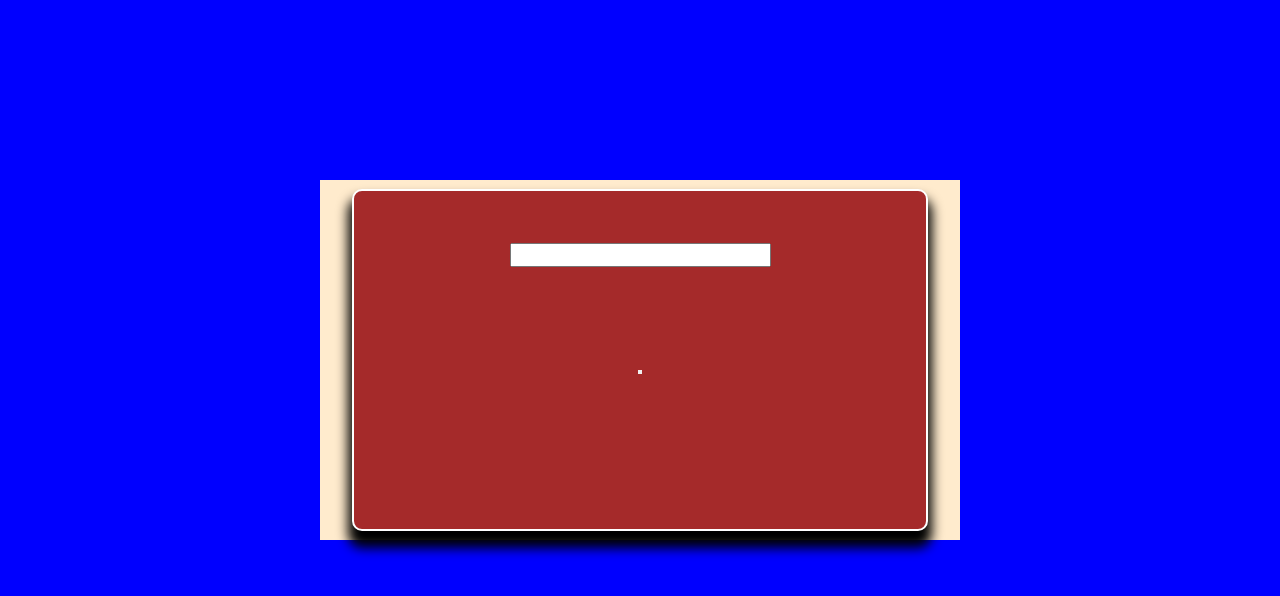
Repository: NarekTovmasyan/promise
Page: inex.html
The author's editor kept a copy of each file at every save. The page is drawn from the files as they stood at one save, then again after the next save.
The browser window is 1280 px wide. The pictures show the whole page.

Above is the page before, as saved 2022-02-21 20:18:21.

### inex.html
<!DOCTYPE html>
<html lang="en">

<head>
    <meta charset="UTF-8">
    <meta http-equiv="X-UA-Compatible" content="IE=edge">
    <meta name="viewport" content="width=device-width, initial-scale=1.0">
    <title>Document</title>
    <link rel="stylesheet" href="./style.css">
</head>

<body>
    <div class="body">
        <div class="conteiner">
            <div class="main">
                <input type="number">
                <button></button>
                <div></div>
            </div>
        </div>
    </div>
    <script src="./script.js"></script>
</body>

</html>

### style.css
@import url('https://fonts.googleapis.com/css2?family=Poppins:wght@200;300;400;500;600;700&display=swap');
* {
    margin: 0;
    padding: 0;
    box-sizing: border-box;
    font-family: 'Poppins', sans-serif;
}

.body {
    background-color: blue;
    position: absolute;
    width: 100%;
    height: 100%;
    display: flex;
    align-items: center;
    justify-content: center;
}

.conteiner {
    background-color: blanchedalmond;
    position: relative;
    width: 50%;
    height: 50%;
    display: flex;
    align-items: center;
    justify-content: center;
}

.main {
    background-color: brown;
    position: relative;
    width: 90%;
    height: 95%;
    display: flex;
    align-items: center;
    justify-content: center;
    flex-direction: column;
    border: 2px solid white;
    border-radius: 10px;
    box-shadow: 0px 13px 12px 4px;
    display: flex;
    flex-direction: column;
    justify-content: space-around;
}

### script.js
// const myBirthday = (isSick) => {
//     return new Promise(function (resolve, reject) {
//       if (!isSick) {
//         setTimeout(() => resolve(2), 2000);
//       } else {
//         reject("I dont have cake :разочарование_облегчение:");
//       }
//     });
//   };
//   const handleCake = async () => {
//     try {
//       let result = await myBirthday(true); // result = 2
//       console.log(`I have ${result} cakes :день_рождения:`);
//     } catch (err) {
//       console.log(err);
//     } finally {
//       console.log("Party");
//     }
//   };
//   handleCake();



// myBirthday(true)
//   .then((result) => console.log(`I have ${result} cakes :день_рождения:`))
//   .catch((err) => console.log(err))
//   .finally(() => console.log("Party"));


// let number = 5;

// function compare(argument) {
//     return new Promise(function(resolve, reject) {
//         if (number > argument) {
//             resolve(number)
//         } else {
//             reject(new Error("oops"))
//         }
//     })
// };
// compare(6).then(function(number) {
//     console.log(number);
// }).catch(function(error) {
//     console.log(error);
// }).finally(() => {
//     console.log("barlus");
// })

After the next save:
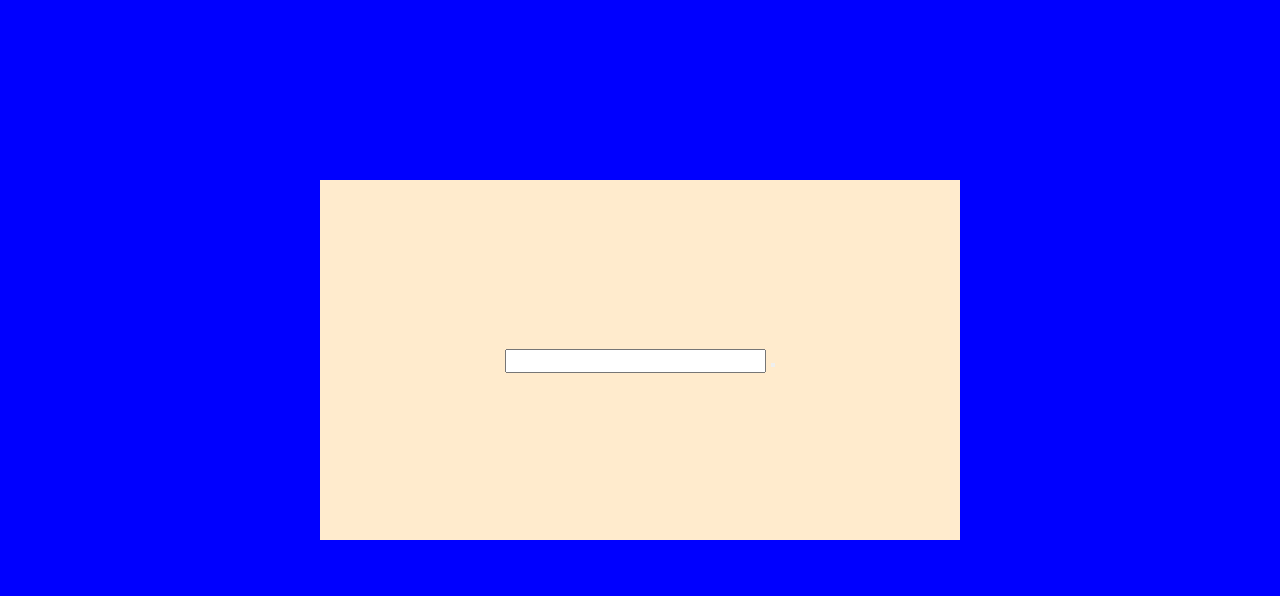
Saved 101 s later.
--- a/style.css
+++ b/style.css
@@ -25,20 +25,3 @@
     align-items: center;
     justify-content: center;
 }
-
-.main {
-    background-color: brown;
-    position: relative;
-    width: 90%;
-    height: 95%;
-    display: flex;
-    align-items: center;
-    justify-content: center;
-    flex-direction: column;
-    border: 2px solid white;
-    border-radius: 10px;
-    box-shadow: 0px 13px 12px 4px;
-    display: flex;
-    flex-direction: column;
-    justify-content: space-around;
-}
